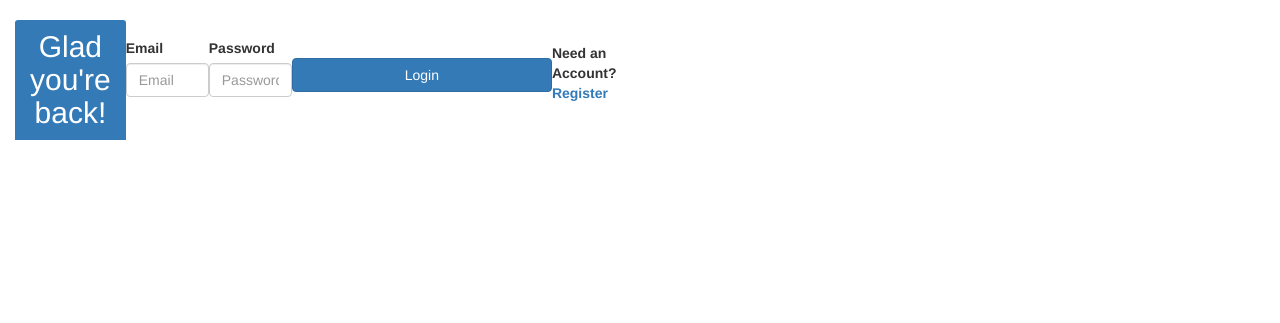
Repository: ronnydoan12345/Doan-ReimbursementProject
Page: org.revature.ERS/src/main/webapp/login.html
An editor plug-in stored every save of this project. The page is shown before and after the next save, followed by the edit.
The browser window is 1280 px wide. The pictures show the whole page.

Above is the page before, as saved 2019-01-14 22:34:07.

After the next save:
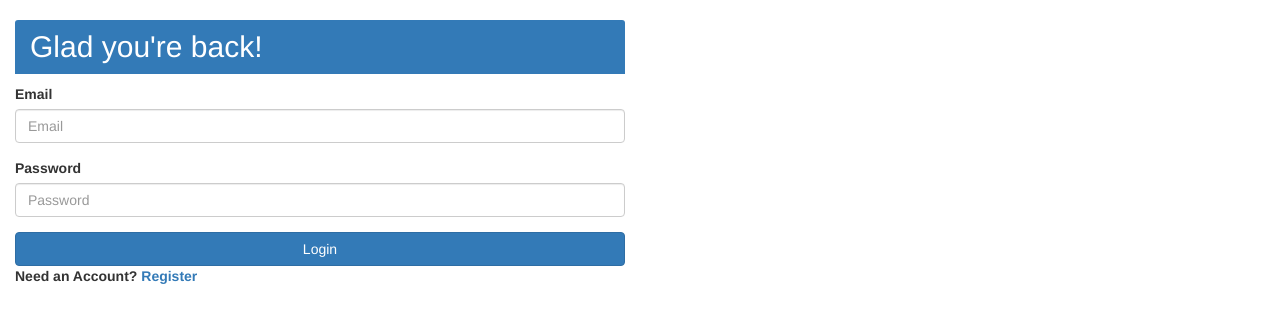
Saved 27 s later.
--- a/org.revature.ERS/src/main/webapp/login.html
+++ b/org.revature.ERS/src/main/webapp/login.html
@@ -2,45 +2,37 @@
 <html>
 
 <head>
-<meta charset="utf-8">
-<title></title>
-<meta name="viewport" content="width=device-width, initial-scale=1">
+    <meta charset="utf-8">
+    <title></title>
+    <meta name="viewport" content="width=device-width, initial-scale=1">
 
 
-<link rel="stylesheet"
-	href="https://maxcdn.bootstrapcdn.com/bootstrap/3.3.7/css/bootstrap.min.css">
-<link href="./Project1-FrontEnd/css/main.css" rel="stylesheet">
-<script
-	src="https://ajax.googleapis.com/ajax/libs/jquery/3.3.1/jquery.min.js"></script>
-<script
-	src="https://maxcdn.bootstrapcdn.com/bootstrap/3.3.7/js/bootstrap.min.js"></script>
+    <link rel="stylesheet" href="https://maxcdn.bootstrapcdn.com/bootstrap/3.3.7/css/bootstrap.min.css">
+    <link href="./Project1-FrontEnd/css/main.css" rel="stylesheet">
+     <script src="https://ajax.googleapis.com/ajax/libs/jquery/3.3.1/jquery.min.js"></script>
+    <script src="https://maxcdn.bootstrapcdn.com/bootstrap/3.3.7/js/bootstrap.min.js"></script>
 </head>
 
+
 <body>
-	<div id="container" style="position: relative;">
-		<form
-			style="height: 100%; display: flex; justify-content: center; align-items: center;"
-			class="col-md-6" id="loginForm" name="loginForm">
-			<div class="panel-primary">
-				<h2 style="text-align: center;" class="panel-heading">Glad
-					you're back!</h2>
-			</div>
-			<div class="form-group">
-				<label for="email">Email</label> <input type="text" id="email"
-					name="email" class="form-control" placeholder="Email" />
-			</div>
-			<div class="form-group">
-				<label for="password">Password</label> <input type="password"
-					id="password" name="password" class="form-control"
-					placeholder="Password" />
-			</div>
-			<button type="button" id="login" onclick="getLoginData()"
-				class="col-md-12 btn btn-primary">Login</button>
-			<label>Need an Account?<a href="#"
-				onclick="openRegisterForm()"> Register</a></label>
-		</form>
-	</div>
-	<script src="./Project1-FrontEnd/javascript/main.js"></script>
+    <div id="container">
+        <form class="col-md-6" id="loginForm" name="loginForm">
+            <div class="panel-primary">
+                <h2 class="loginCenter panel-heading">Glad you're back!</h2>
+            </div>
+            <div class="form-group">
+                <label for="email">Email</label>
+                <input type="text" id="email" name="email" class="form-control" placeholder="Email" />
+            </div>
+            <div class="form-group">
+                <label for="password">Password</label>
+                <input type="password" id="password" name="password" class="form-control" placeholder="Password" />
+            </div>
+			<button type="button" id="login" onclick="getLoginData()" class="col-md-12 btn btn-primary">Login</button>
+            <label>Need an Account?<a href="#" onclick="openRegisterForm()"> Register</a></label>
+        </form>
+    </div>
+    <script src="./Project1-FrontEnd/javascript/main.js"></script>
 </body>
 
 </html>
